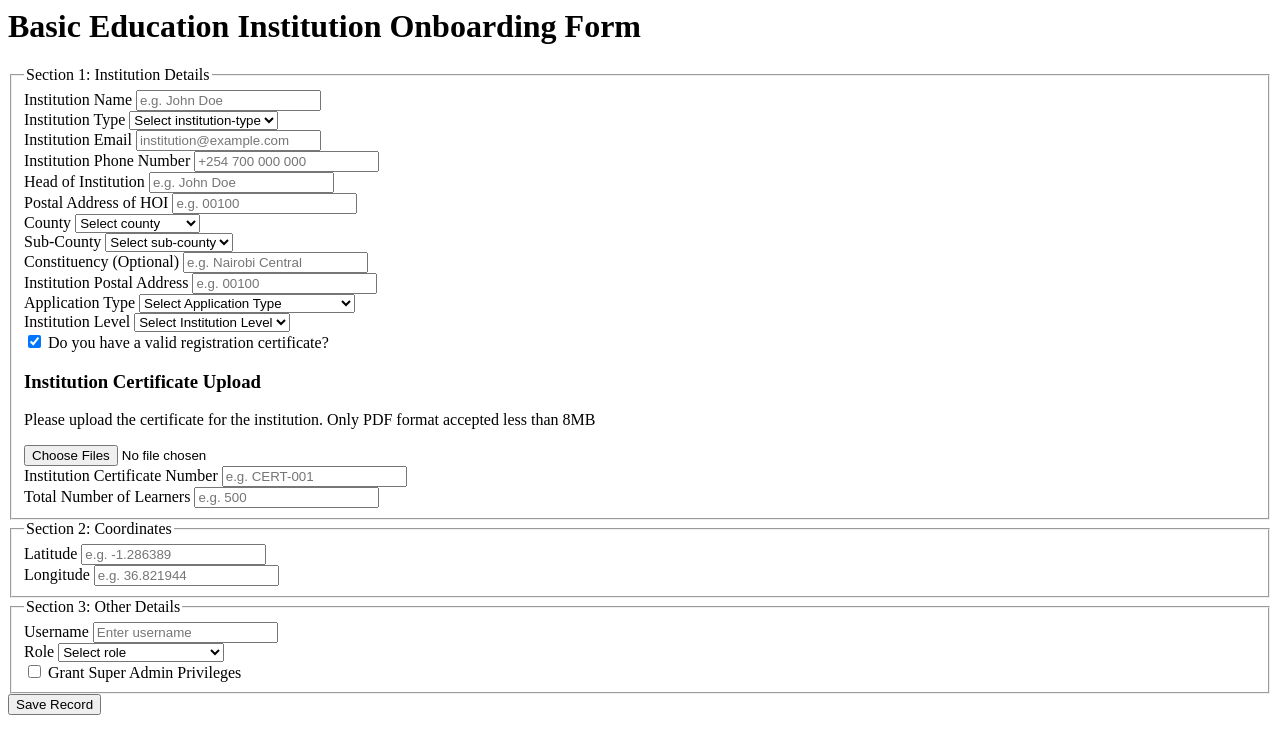
Repository: ndirituart/KEMIS
Page: angular-client/src/app/pages/basic-education/basic-education.html
These files come from the project's save history. The page is drawn as it stood at one moment and after the next save; the edit follows.
The browser window is 1280 px wide. The pictures show the whole page.

Above is the page before, as saved 2026-10-20 21:43:35.

After the next save:
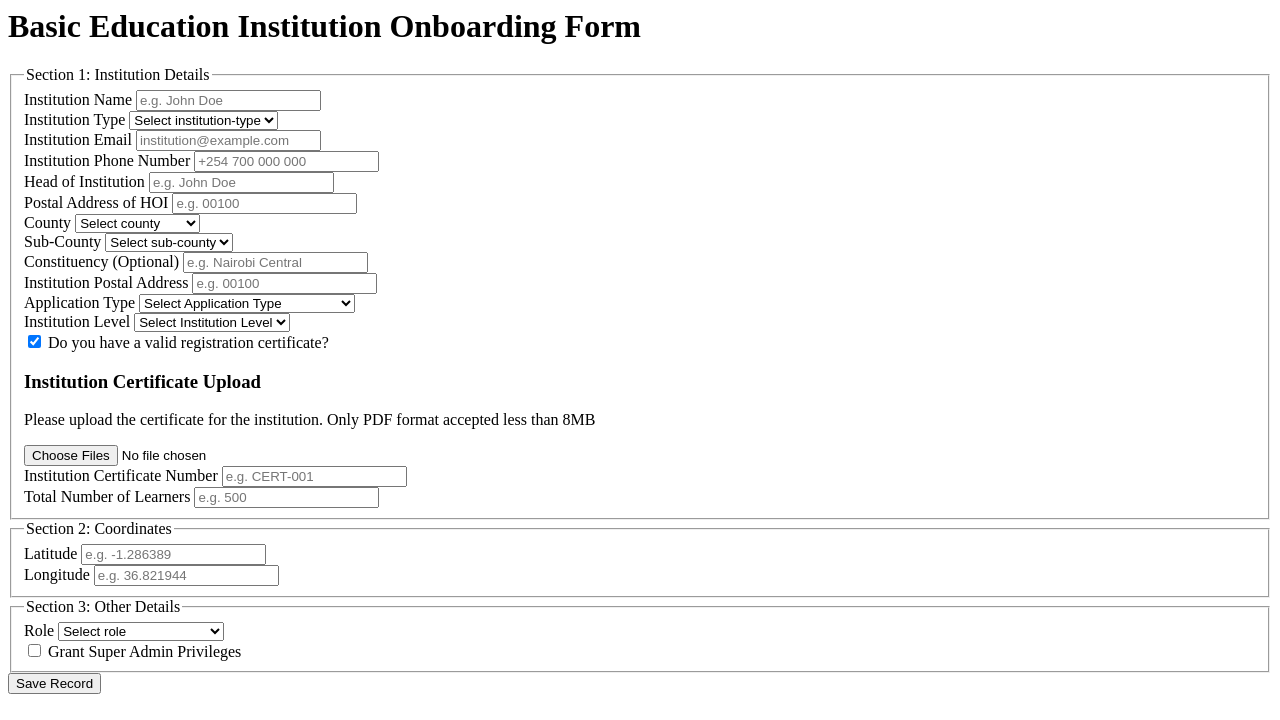
Saved 93 s later.
--- a/angular-client/src/app/pages/basic-education/basic-education.html
+++ b/angular-client/src/app/pages/basic-education/basic-education.html
@@ -209,11 +209,6 @@
     <legend class="float-none w-auto px-2 fs-5 fw-bold text-primary">Section 3: Other Details</legend>
 
     <div class="row g-3">
-      <!-- Text Input -->
-      <div class="col-md-6">
-        <label for="username" class="form-label fw-semibold">Username</label>
-        <input type="text" class="form-control" id="username" name="username" placeholder="Enter username" required>
-      </div>
 
       <!-- Dropdown -->
       <div class="col-md-6">
